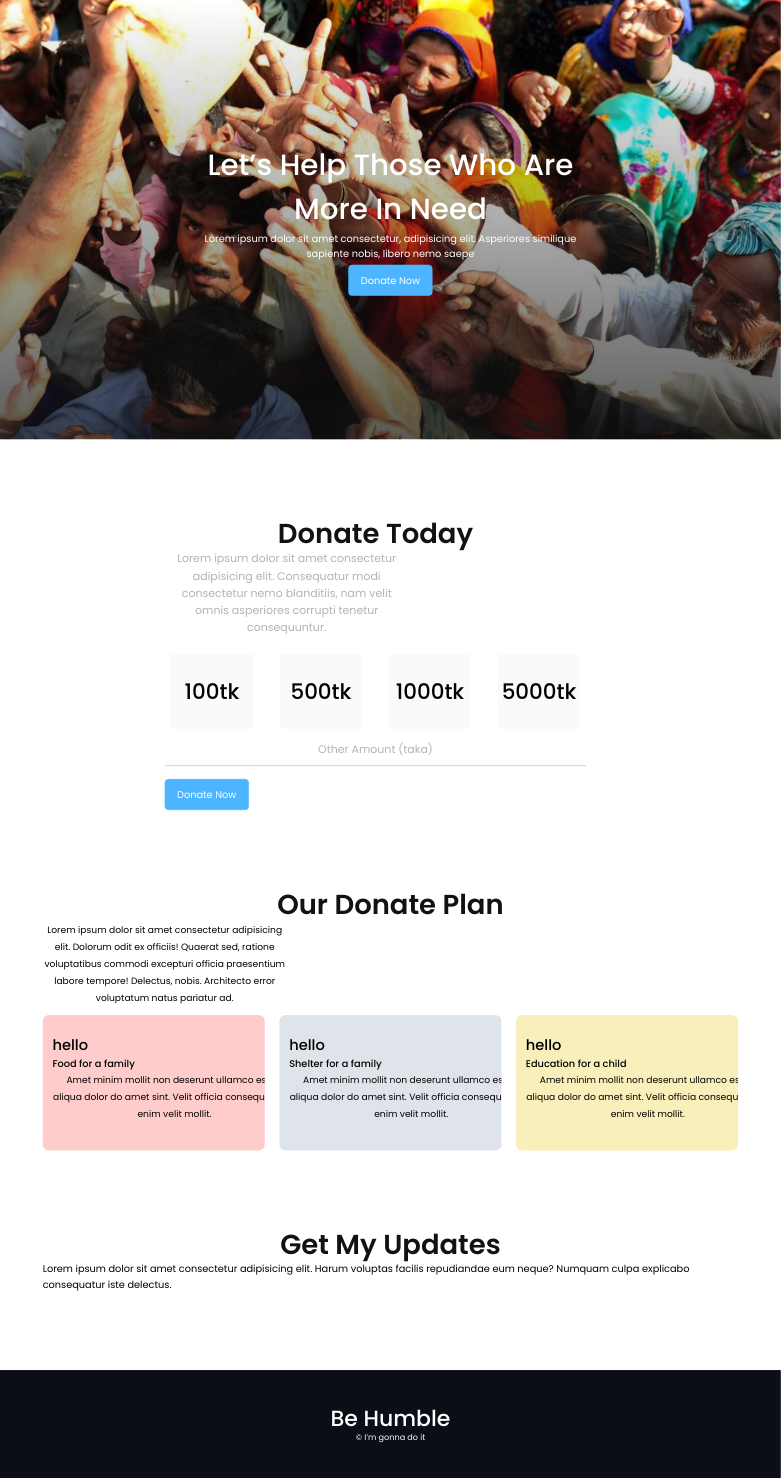
Repository: mdrubel02/donate-website
Page: index.html
An editor plug-in stored every save of this project. The page is shown before and after the next save, followed by the edit.
The browser window is 1280 px wide. The pictures show the whole page, at 61% of full size.

Above is the page before, as saved 2022-07-06 15:27:42.

### index.html
<!DOCTYPE html>
<html lang="en">

<head>
    <meta charset="UTF-8">
    <meta http-equiv="X-UA-Compatible" content="IE=edge">
    <meta name="viewport" content="width=device-width, initial-scale=1.0">
    <title>Our Donate Website</title>
    <link rel="stylesheet" href="./index.css">
</head>

<body>
    <!-- banner section -->
    <section class="banner-section">
        <div class="banner-content">
            <h1>Let’s Help Those Who Are More In Need</h1>
            <p >Lorem ipsum dolor sit amet consectetur, adipisicing elit. Asperiores similique
                sapiente nobis, libero nemo saepe</p>
            <a href="" class="btn btn-primary">Donate Now</a>
        </div>
    </section>

    <!-------- Donate Today------->
    <section class="container">
        <div class="donate-section">
            <h2 class="section-title">Donate Today</h2>

                <p class="small-title">Lorem ipsum dolor sit amet consectetur adipisicing elit. Consequatur modi
                    consectetur nemo blanditiis, nam velit omnis asperiores corrupti tenetur consequuntur.</p>

            <div class="donate-today">
                <div class="donate-content">
                    <h3>100<span>tk</span> </h3>
                </div>
                <div class="donate-content">
                    <h3>500<span>tk</span> </h3>
                </div>
                <div class="donate-content">
                    <h3>1000<span>tk</span> </h3>
                </div>
                <div class="donate-content">
                    <h3>5000<span>tk</span> </h3>
                </div>
            </div>
            <p>Other Amount <span>(taka)</span></p>
            <hr>
            <a href="" class="btn btn-primary">Donate Now</a>
        </div>
    </section>

    <!---------- donate plan section-------- -->
    <section class="container">
        <h3 class="section-title">Our Donate Plan</h3>
        <p class="small-title">Lorem ipsum dolor sit amet consectetur adipisicing elit. Dolorum odit ex officiis! Quaerat sed, ratione voluptatibus commodi excepturi officia praesentium labore tempore! Delectus, nobis. Architecto error voluptatum natus pariatur ad.</p>
        <div class="donate-plan-section">
            <div id="food" class="donate-plan-content">
                <h1>hello</h1>
                <h4>Food for a family</h4>
                <p class="small-title">Amet minim mollit non deserunt ullamco est sit aliqua dolor do amet sint. Velit officia consequat duis enim velit mollit.</p>
            </div>
            <div id="Shelter" class="donate-plan-content">
                <h1>hello</h1>
                <h4>Shelter for a family</h4>
                <p class="small-title">Amet minim mollit non deserunt ullamco est sit aliqua dolor do amet sint. Velit officia consequat duis enim velit mollit.</p>
            </div>
            <div id="education" class="donate-plan-content">
                <h1>hello</h1>
                <h4>Education for a child</h4>
                <p class="small-title">Amet minim mollit non deserunt ullamco est sit aliqua dolor do amet sint. Velit officia consequat duis enim velit mollit.</p>
            </div>
        </div>
    </section>

    <!-- Update Section -->
    <section class="container">
        <h1 class="section-title">Get My Updates</h1>
        <p>Lorem ipsum dolor sit amet consectetur adipisicing elit. Harum voluptas facilis repudiandae eum neque? Numquam culpa explicabo consequatur iste delectus.</p>
    </section>

    <!------- Footer Section---- -->
    <footer>
        <h1>Be Humble</h1>
        <small>&copy; I’m gonna do it</small>
    </footer>
</body>

</html>

### index.css
/* =====GOOGLE FONTS====== */
@import url('https://fonts.googleapis.com/css2?family=Poppins:wght@300;400;500;600&display=swap');

/* =====COMMON STYLES====== */
* {
    margin: 0;
    padding: 0;
    border: 0;
    outline: 0;
    list-style: none;
    text-decoration: none;
}

body {
    font-family: 'Poppins', sans-serif;
}

h1,
h2,
h3,
h4,
h5,
h6 {
    font-weight: 500;
}

/* img {
    display: block;
    width: 100%;
    object-fit: cover;
} */

.container {
    max-width: 1200px;
    margin: 0 auto;
    padding: 0 30px;
    margin-top: 10%;
    margin-bottom: 10%;
    box-sizing: border-box;
}

a {
    color: #fff;
    transition: all 400ms ease;
}

a:hover {
    color: #fff;
}

.btn {
    text-align: center;
    width: max-content;
    display: inline-block;
    color: #fff;
    padding: 0.75rem 1.2rem;
    border-radius: 0.4rem;
    border: 1px solid #4db5ff;
    cursor: pointer;
    transition: all 400ms ease;
}

.btn:hover {
    background: #fff;
    color: #4db5ff;
    border: 1px solid #4db5ff;
}

.btn-primary {
    background: #4db5ff;
    color: #fff;
}

.section-title {
    color: #121212;
    font-weight: 700;
    font-size: 45px;
    line-height: 54px;
    text-align: center;
}

.small-title {
    font-family: 'Poppins';
    font-style: normal;
    font-weight: 400;
    width: 400px;
    font-size: 15px;
    line-height: 28px;
    text-align: center;
    display: block;
    margin-bottom: .9rem;
}

hr {
    border: 1px solid #DADADA;
    margin-bottom: 1.3rem;
}


/* ========BANNER SECTION STYLE======== */

.banner-section {
    background-image: url(./images/donation0.jpg);
    background-repeat: no-repeat;
    background-size: cover;
    background-position: center center;
    height: 100vh;
    width: 100%;
    position: relative;
    z-index: 1;
    display: flex;
    flex-direction: column;
    justify-content: center;
    align-items: center;
    text-align: center;
}

.banner-section:after {
    content: "";
    position: absolute;
    top: 0;
    left: 0;
    width: 100%;
    height: 100%;
    background: linear-gradient(360deg, #121212 0%, rgba(18, 18, 18, 0) 100%);
    opacity: .7;
    z-index: -5;
}

.banner-content {
    width: 50%;
}

.banner-content h1 {
    font-size: 3rem;
    color: #fff;
}

.banner-content p {
    margin-bottom: 5px;
    color: #fff;
}

/*=========== Donate section style========= */
.donate-today {
    display: flex;
    gap: 1.5rem;
    justify-content: space-around;

}

.donate-content {
    width: 135px;
    height: 123px;
    background: #FAFAFA;
    border-radius: 5px;
    font-size: 30px;
    font-weight: 700;
    line-height: 36px;
    display: flex;
    justify-content: center;
    align-items: center;
    margin: 1.2rem 0;
    transition: all 400ms ease;
}

.donate-content:hover {
    border: 2px solid #FF5959;
    border-radius: 5px;
    color: #FF5959;
}

.donate-section {
    width: 691px;
    margin-left: 200px;
}

.donate-section a {
    text-align: center;
}

.donate-section p {
    font-weight: 400;
    font-size: 18px;
    line-height: 28px;
    color: #B3B3B3;
    text-align: center;
    margin-bottom: .7rem;
}

/*========donate plan section======= */

.donate-plan-section {
    display: flex;
    gap: 1.5rem;
}

#Shelter {
    background:#dfe4ea;
}
#food{
    background-color:#ffcccc;
}
#education{
    background-color: #F8EFBA;
}
.donate-plan-content{
    overflow: hidden;
    padding: 2rem 1rem;
    border-radius: 10px;
}
/* footer style */
footer{
    background-color: #0B0D17;
    height: 177px;
    display: flex;
    flex-direction: column;
    justify-content: center;
    align-items: center;
}
footer h1{
    color: #fff;
    font-size: 36px;
    line-height: 44px;
}
footer small{
    color: #fff;
}

After the next save:
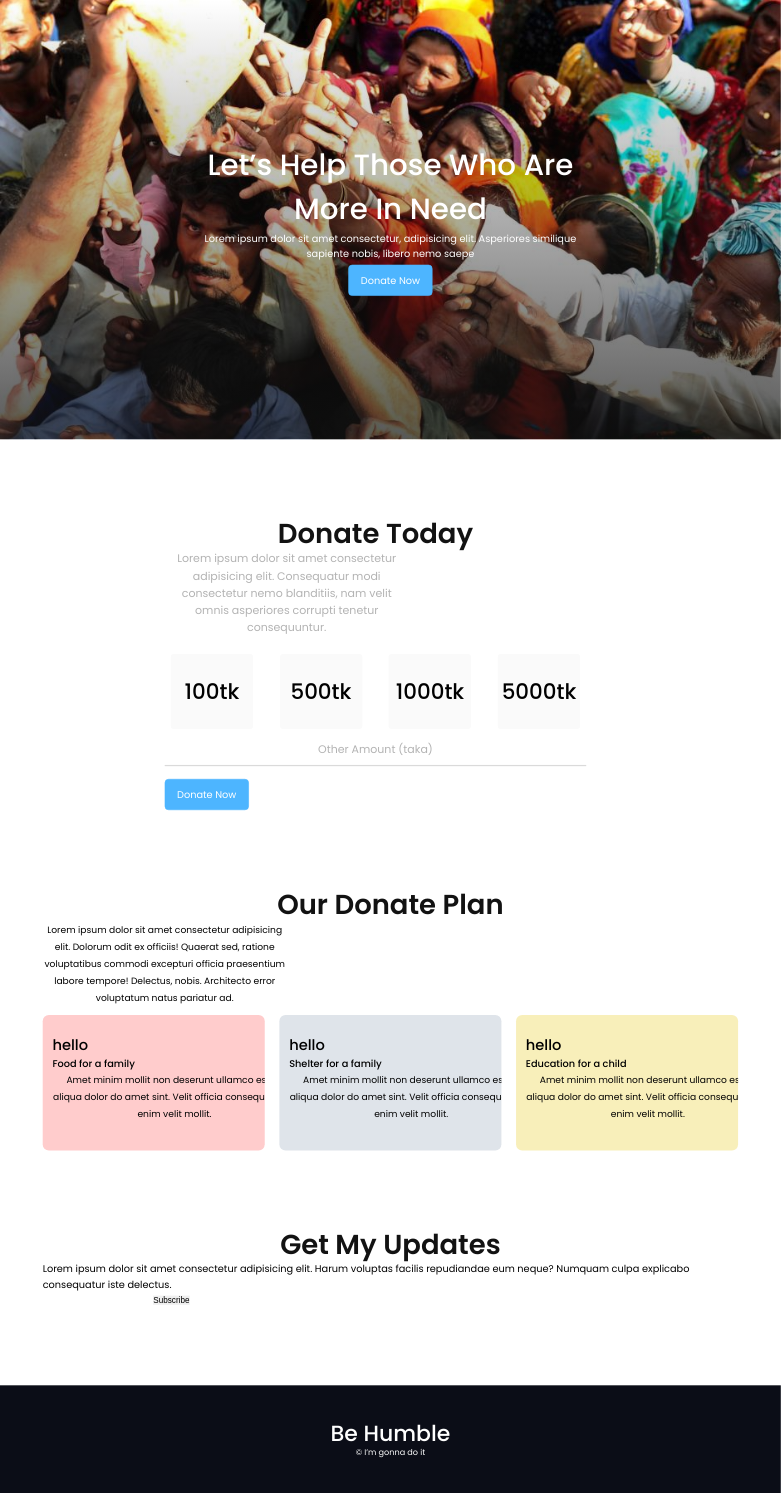
Saved 2 min 44 s later.
--- a/index.html
+++ b/index.html
@@ -75,6 +75,12 @@
     <section class="container">
         <h1 class="section-title">Get My Updates</h1>
         <p>Lorem ipsum dolor sit amet consectetur adipisicing elit. Harum voluptas facilis repudiandae eum neque? Numquam culpa explicabo consequatur iste delectus.</p>
+        <div class="update-section">
+            <div class="update-content">
+                <input type="email">
+                <input type="submit" value="Subscribe">
+            </div>
+        </div>
     </section>
 
     <!------- Footer Section---- -->
